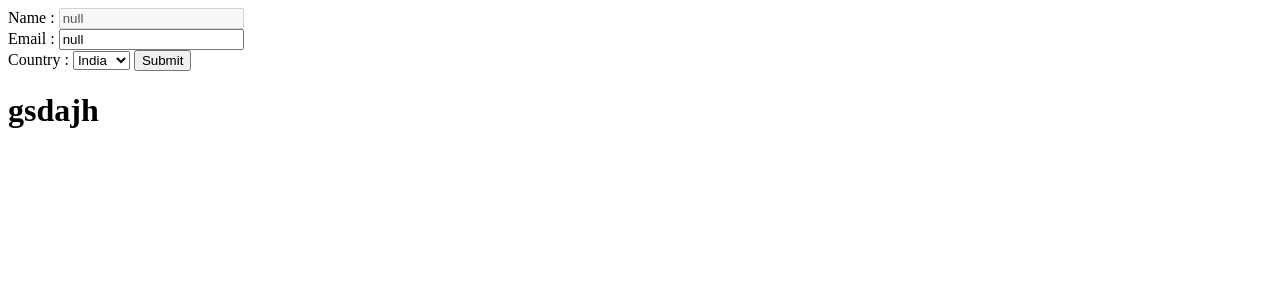
Repository: Ramakrishnmagadum/Servlet
Page: http://localhost/JSP_CRUD_Project/edituser.jsp
These files come from the project's save history. The page is drawn as it stood at one moment and after the next save; the edit follows.
The browser window is 1280 px wide. The pictures show the whole page.
The page is served by Tomcat 9. Queries for data that is not in the repository find no rows.

Above is the page before, as saved 2025-02-28 17:50:39.

After the next save:
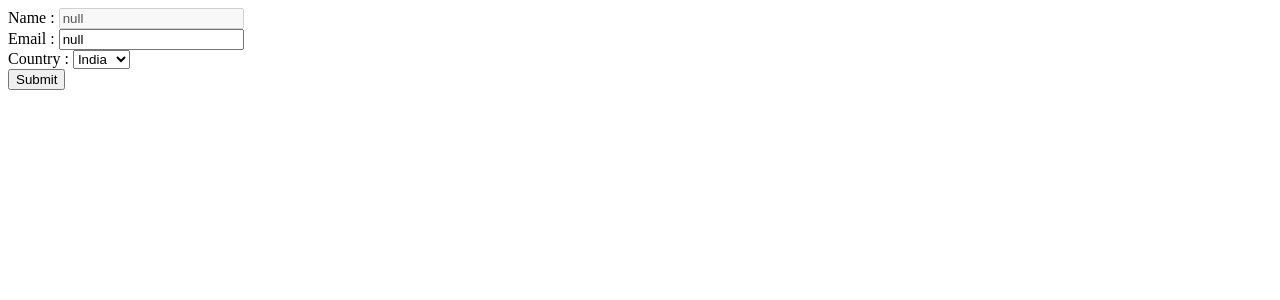
Saved 31 s later.
--- a/JSP_CRUD_Project/src/main/webapp/edituser.jsp
+++ b/JSP_CRUD_Project/src/main/webapp/edituser.jsp
@@ -23,10 +23,9 @@ Country : <select name="country" value="<%=country%>">
 <option>India</option>
 <option>Pak</option>
 <option>China</option>
-</select>
+</select> <br>
 <input type="submit">
 </form>
-<h1>gsdajh</h1>
 
 </body>
 </html>
